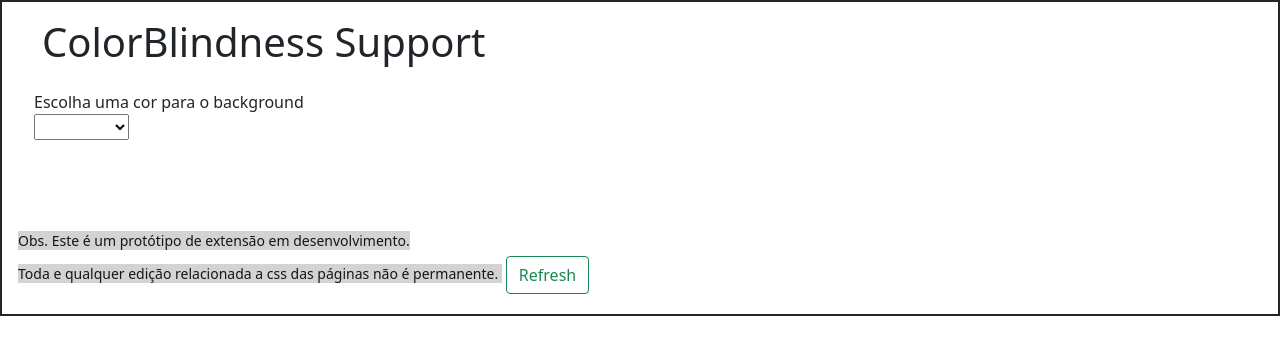
Repository: pedrosiqueira/daltonchrome
Page: popup.html
An editor plug-in stored every save of this project. The page is shown before and after the next save, followed by the edit.
The browser window is 1280 px wide. The pictures show the whole page.

Above is the page before, as saved 2022-06-17 13:25:35.

### popup.html
<!DOCTYPE html>
<html>

<head>
    <meta charset="utf-8" />
    <link href="css/vendor/bootstrap.min.css" rel="stylesheet" crossorigin="anonymous">
    <link rel="stylesheet" type="text/css" href="css/popup.css" />
</head>

<body class="p-3 flex border border-dark border-2 ">

    <div class="container flex row">

        <h1 class="form-title"> ColorBlindness Support </h1>
        <!--  <div class="form-check form-switch col">
            <input class="form-check-input" type="checkbox" id="flexSwitchCheckChecked">
            <label class="form-check-label" for="flexSwitchCheckChecked" id="MeuSwitch">Ativar extensão</label>
        </div>
        <button id="meubotao" type="button" class="btn row w-10 h-15 btn-dark">
            Clique-me
        </button> -->
    </div>

    <div class="p-3">
        <label for="cores">Escolha uma cor para o background</label>
        <br>
        <select name="cores" id="cores">
            <option value="#"> </option>
            <option value="red">Vermelho</option>
            <option value="green">Verde</option>
            <option value="blue">Azul</option>
        </select>
    </div>
    <br> <br><br>
    <alert id="alert" class="alert-dark form-text">Obs. Este é um protótipo de extensão em desenvolvimento.<br>
    Toda e qualquer edição relacionada a css das páginas não é permanente.
    </alert>
    <button id="refresh" class="btn btn-outline-success m-1"type="button">
    Refresh
    </button>

    <script src="js/vendor/jquery-3.6.0.min.js"></script>
    <script src="js/vendor/bootstrap.bundle.min.js"></script>
    <script src="js/popup.js"></script>
</body>

</html>

### css/popup.css
body {
    min-width:600px;
    min-height:300px;
}

#table-wrapper {
    position:relative;
    white-space: nowrap;
}
#table-scroll {
    overflow:auto;
    margin-top:20px;
}
#table-wrapper table {
    width:100%;

}

#table-wrapper table thead th .text {
    position:absolute;
    top:-20px;
    z-index:2;
    height:20px;
    width:35%;
    border:1px solid red;
}

#table-wrapper table tbody td{
    border: 1px solid black;
}

### js/popup.js
start()

function start() {
    $("#meubotao").click(umafuncao)
}

function ativar(){
    $("#MeuSwitch")
}


async function umafuncao() {

    // obtém a aba atual
    [currentTab] = await chrome.tabs.query({ active: true, currentWindow: true });

    // envia mensagem para a aba atual
    chrome.tabs.sendMessage(currentTab.id, { nome: "Carol", curso: "TADS", orientador: "pedro" }, callback);


}

// funcao que recebe a resposta da mensagem que foi enviada para alguma aba
function callback(response) {
    console.log("ufa, a mensagem conseguiu chegar!")
    console.log(response)
}

Loaded but not shown: css/vendor/bootstrap.min.css (library); js/vendor/jquery-3.6.0.min.js (library); js/vendor/bootstrap.bundle.min.js (library)

After the next save:
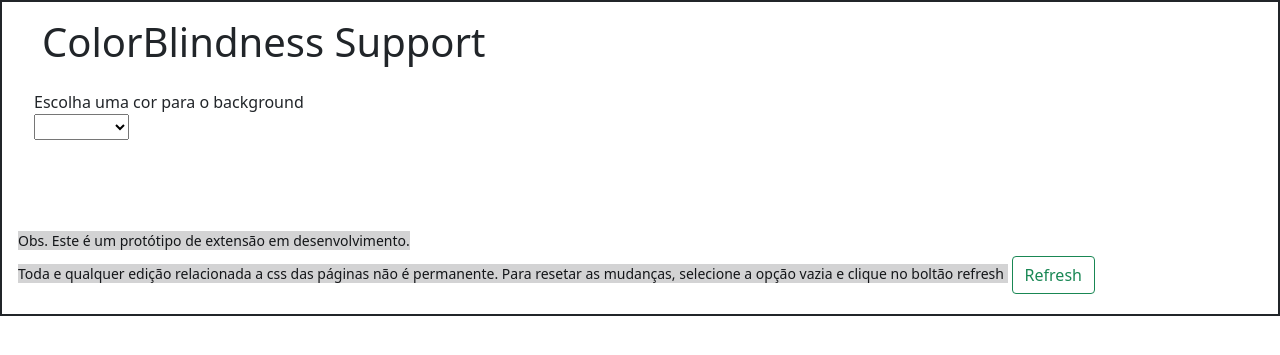
Saved 96 min 58 s later.
--- a/popup.html
+++ b/popup.html
@@ -33,7 +33,7 @@
     </div>
     <br> <br><br>
     <alert id="alert" class="alert-dark form-text">Obs. Este é um protótipo de extensão em desenvolvimento.<br>
-    Toda e qualquer edição relacionada a css das páginas não é permanente.
+    Toda e qualquer edição relacionada a css das páginas não é permanente. Para resetar as mudanças, selecione a opção vazia e clique no boltão refresh
     </alert>
     <button id="refresh" class="btn btn-outline-success m-1"type="button">
     Refresh
